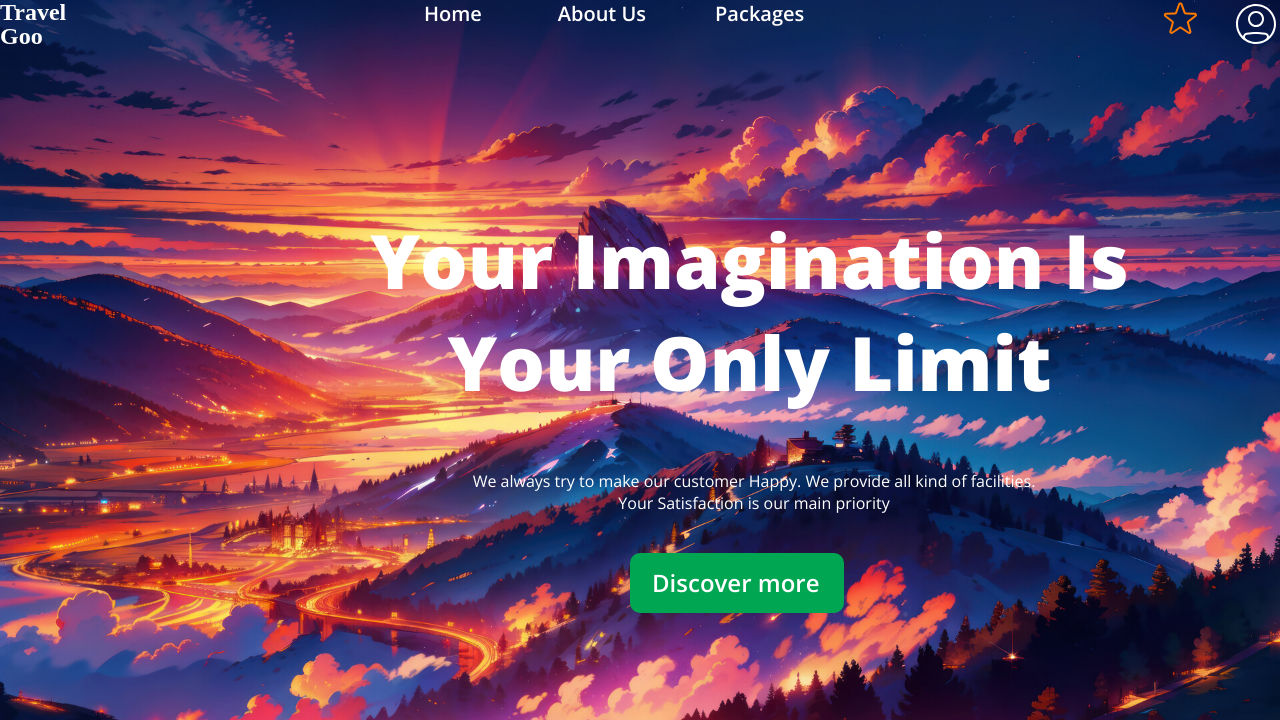
Repository: HeybetzadeQedim/task-3
Page: index.html
An editor plug-in stored every save of this project. The page is shown before and after a run of saves, followed by the edit.
The browser window is 1280 px wide. The pictures show the whole page.
Some web fonts or font styles are not loaded; a fallback is used.

Above is the page before, as saved 2023-10-07 13:44:04.

### index.html
<!DOCTYPE html>
<html lang="en">
<head>
    <meta charset="UTF-8">
    <meta name="viewport" content="width=device-width, initial-scale=1.0">
    <title>Document</title>
    <link rel="stylesheet" href="./index.css"
</head>
<body>
    <div class="box-container">
        <nav>
            <p class="text-1">Travel<br> Goo</p>
            <ul>
                <li>Home</li>
                <li>About Us</li>
                <li>Packages</li>
            </ul>
            <div class="image-container">
                <img src="./images/clarity_favorite-line.svg">
                <img src="./images/healthicons_ui-user-profile-outline.svg">
            </div>
        </nav>

        <h1>Your Imagination Is Your Only Limit</h1>
        <p class="text-2">We always try to make our customer Happy. We provide all kind of facilities. Your Satisfaction is our main priority</p>
        <p class="text-3">Discover more</p>


    </div>


</body>
</html>

### index.css
@import url("https://fonts.googleapis.com/css2?family=Laila:wght@700&family=Open+Sans:wght@400;600;700;800&display=swap");
* {
  margin: 0;
  padding: 0;
  box-sizing: border-box;
}
.box-container {
  background-image: url(./images/sunset-mountain-landscape-scenery-ai-art-hd-wallpaper-uhdpaper.com-744@1@l.jpg);
  min-height: 100vh;
  background-size: 100% 100%;
}
nav {
  display: flex;
  justify-content: space-between;
}
.text-1 {
  color: #fff;
  /* margin-top: 32px;
  margin-left: 136px; */
  font-family: Laila;
  font-size: 24px;
  font-style: normal;
  font-weight: 700;
  line-height: 102.5%;
}
ul {
  display: flex;
  /* margin-left: 370px; */
  /* margin-top: 36px; */
}
ul li:nth-child(2) {
  margin-left: 76px;
  margin-right: 69px;
}
li {
  color: #fff;
  font-family: Open Sans;
  font-size: 20px;
  font-style: normal;
  font-weight: 600;
  line-height: normal;
  list-style-type: none;

}

.image-container {
  /* margin-left: 411px; */
  display: flex;
}
.image-container img:first-child {
  /* margin-top: 54px; */
  margin-right: 34px;
  width: 36px;
  height: 36px;
}
.image-container img:last-child {
  /* margin-top: 48px; */
  width: 48px;
  height: 48px;
}
h1 {
  color: #fff;
  margin-left: 360px;
  margin-top: 160px;
  width: 779px;
  text-align: center;
  font-family: Open Sans;
  font-size: 75px;
  font-style: normal;
  font-weight: 800;
  line-height: normal;
}
.text-2 {
  color: #fff;
  margin-top: 57px;
  margin-left: 470px;
  width: 568px;
  text-align: center;
  font-family: Open Sans;
  font-size: 16px;
  font-style: normal;
  font-weight: 400;
  line-height: normal;
}
.text-3 {
  color: #fff;
  margin-left: 630px;
  margin-top: 39px;
  border-radius: 10px;
  background-color: #00A651;
  display: inline-block;
  padding: 13px 24px 14px 22px;
  text-align: center;
  font-family: Open Sans;
  font-size: 24px;
  font-style: normal;
  font-weight: 600;
  line-height: normal;
}

After the next 2 saves:
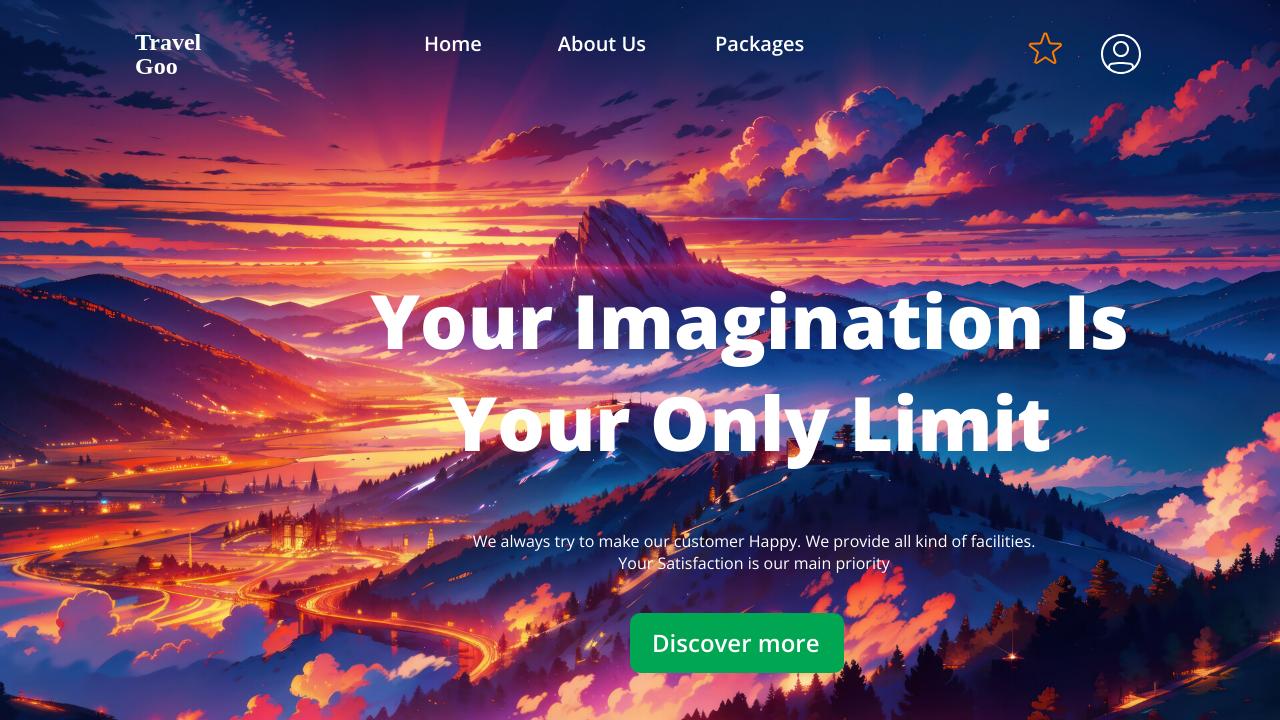
The 2 saves are shown as one change because they came seconds apart.
The last was saved 52 s later.
--- a/index.css
+++ b/index.css
@@ -10,6 +10,7 @@
   background-size: 100% 100%;
 }
 nav {
+  padding: 30px 135px;
   display: flex;
   justify-content: space-between;
 }
